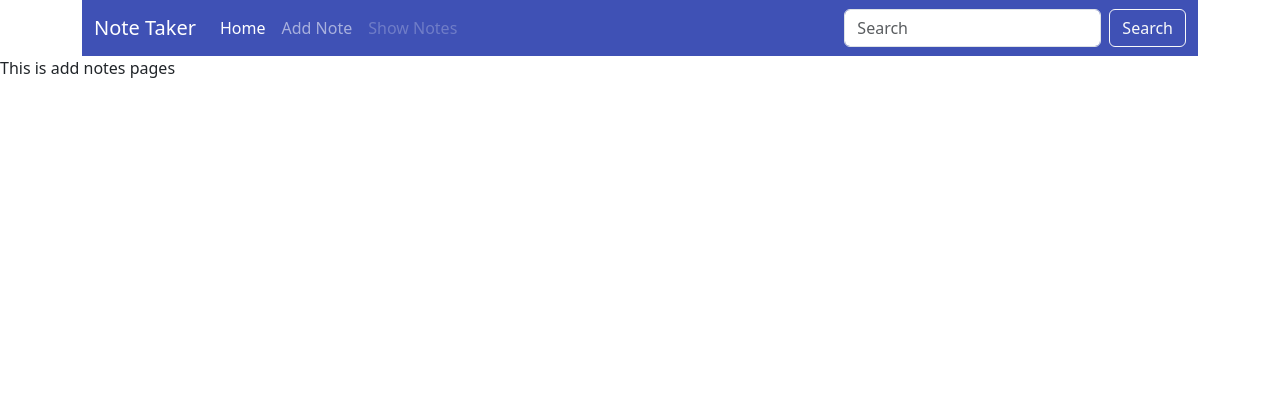
Repository: a-man-sheikh/NoteTaker
Page: http://localhost/NoteTaker/add_note.jsp
An editor plug-in stored every save of this project. The page is shown before and after the next save, followed by the edit.
The browser window is 1280 px wide. The pictures show the whole page.
The page is served by Tomcat 9.

Above is the page before, as saved 2024-03-21 16:24:03.

After the next save:
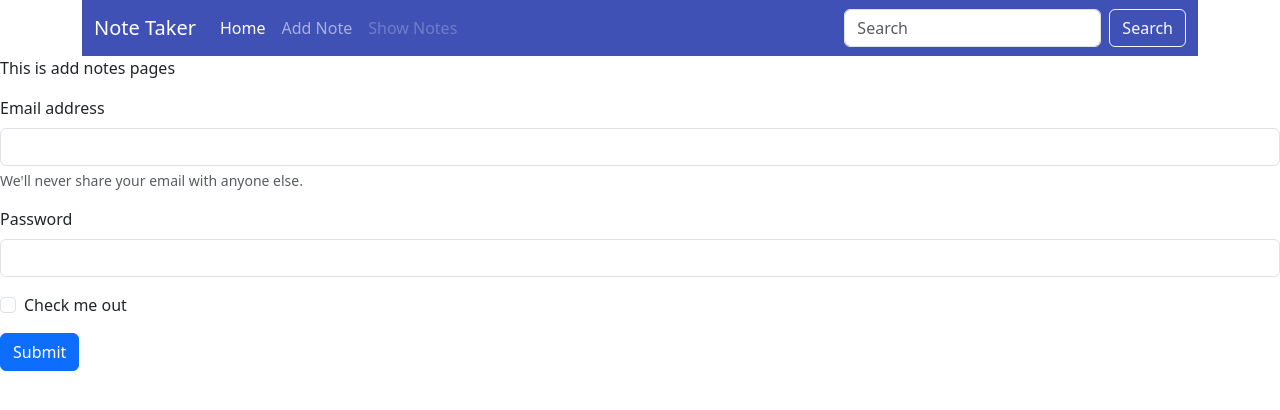
Saved 3 min 17 s later.
--- a/NoteTaker/src/main/webapp/add_note.jsp
+++ b/NoteTaker/src/main/webapp/add_note.jsp
@@ -13,5 +13,24 @@
 
   </div>
  <p>This is add notes pages</p>
+<!--  this add form -->
+
+
+<form>
+  <div class="mb-3">
+    <label for="exampleInputEmail1" class="form-label">Email address</label>
+    <input type="email" class="form-control" id="exampleInputEmail1" aria-describedby="emailHelp">
+    <div id="emailHelp" class="form-text">We'll never share your email with anyone else.</div>
+  </div>
+  <div class="mb-3">
+    <label for="exampleInputPassword1" class="form-label">Password</label>
+    <input type="password" class="form-control" id="exampleInputPassword1">
+  </div>
+  <div class="mb-3 form-check">
+    <input type="checkbox" class="form-check-input" id="exampleCheck1">
+    <label class="form-check-label" for="exampleCheck1">Check me out</label>
+  </div>
+  <button type="submit" class="btn btn-primary">Submit</button>
+</form>
 </body>
 </html>
